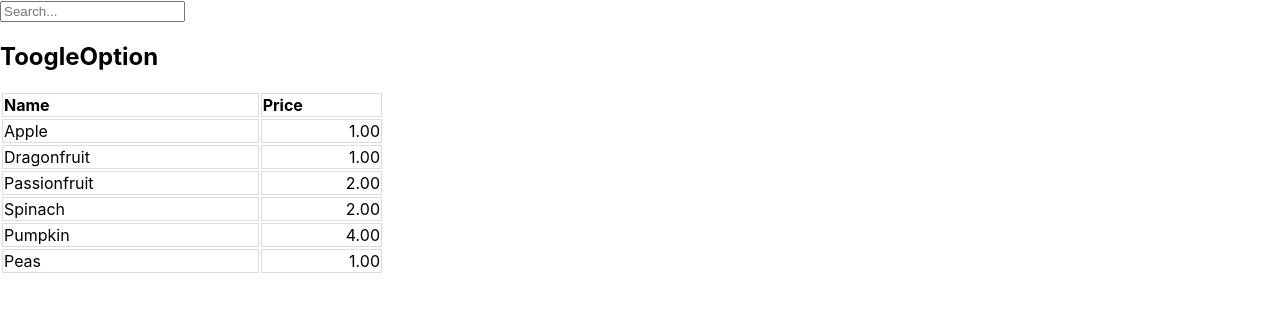
Repository: mariocapitbrok/reactjs-learn
Page: / (app in 05_filtered-data-table/)
The author's editor kept a copy of each file at every save. The page is drawn from the files as they stood at one save, then again after the next save.
The browser window is 1280 px wide. The pictures show the whole page.
The project was rebuilt for these pictures with package versions that can differ from the ones it lists, and the page was loaded fresh each time.

Above is the page before, as saved 2023-02-26 00:19:16.

### 05_filtered-data-table/src/App.js
import SearchInput from './components/SearchInput'
import ToogleOption from './components/ToogleOption'
import Table from './components/Table'
import './App.css'

function App() {
  return (
    <div className="App">
      <SearchInput />
      <ToogleOption />
      <Table data={data} />
    </div>
  )
}

export default App

const PRODUCTS = [
  { category: 'Fruits', price: '$1', stocked: true, name: 'Apple' },
  { category: 'Fruits', price: '$1', stocked: true, name: 'Dragonfruit' },
  { category: 'Fruits', price: '$2', stocked: false, name: 'Passionfruit' },
  { category: 'Vegetables', price: '$2', stocked: true, name: 'Spinach' },
  { category: 'Vegetables', price: '$4', stocked: false, name: 'Pumpkin' },
  { category: 'Vegetables', price: '$1', stocked: true, name: 'Peas' },
]

const data = PRODUCTS.map(p => ({
  name: p.name,
  price: parseFloat(p.price.slice(1)).toFixed(2),
}))

### 05_filtered-data-table/src/components/SearchInput.jsx
function SearchInput() {
  return (
    <div>
      <input type="text" placeholder="Search..." />
    </div>
  )
}

export default SearchInput

### 05_filtered-data-table/src/components/ToogleOption.jsx
function ToogleOption() {
  return (
    <div>
      <h2>ToogleOption</h2>
    </div>
  )
}

export default ToogleOption

### 05_filtered-data-table/src/components/Table.jsx
import '../App.css'

function Table({ data }) {
  const tableHeaders = createTableHeaders(data)

  const tableRows = createTableRows(data)

  return (
    <table id={getTableId(data)}>
      <thead>{tableHeaders}</thead>
      <tbody>{tableRows}</tbody>
    </table>
  )
}

export default Table

function getTableId(arr) {
  const firstObj = arr[0]
  let result = ''
  let maxLength = 16

  for (const key in firstObj) {
    const firstThreeChars = key.slice(0, 3)
    result += firstThreeChars
    if (result.length >= maxLength) {
      break
    }
  }

  return result
}

function createTableHeaders(data) {
  const keys = Object.keys(data[0])
  const headerCells = keys.map(key => (
    <th key={key} className={key}>
      {key}
    </th>
  ))

  return <tr>{headerCells}</tr>
}

function createTableRows(data) {
  return data.map(row => {
    const cells = Object.entries(row).map(([key, value]) => (
      <td key={row.id ? `${row.id}-${key}` : createUniqueId()} className={key}>
        {value}
      </td>
    ))
    return <tr key={row.id || createUniqueId()}>{cells}</tr>
  })
}

function createUniqueId() {
  const randomStr = Math.random().toString(36).slice(2, 11)
  return `${randomStr}`
}

### 05_filtered-data-table/src/App.css

/* Table*/
#nampri {
  width: 30%;
  min-width: 200px;
}

#nampri th {
  text-align: left;
}

#nampri th, #nampri td {
  border: 1px solid #ddd;
}

td.price {
  text-align: right;
}

th {
  text-transform: capitalize;
}

Loaded but not shown: 05_filtered-data-table/public/index.html (common file); 05_filtered-data-table/src/index.js (common file); 05_filtered-data-table/src/index.css (common file); 05_filtered-data-table/src/reportWebVitals.js (common file)

After the next save:
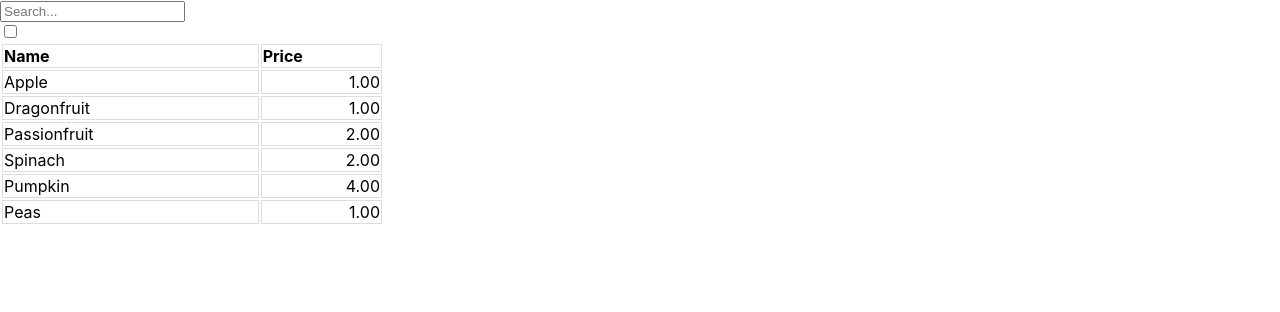
Saved 2 min 42 s later.
--- a/05_filtered-data-table/src/components/ToogleOption.jsx
+++ b/05_filtered-data-table/src/components/ToogleOption.jsx
@@ -1,7 +1,9 @@
 function ToogleOption() {
   return (
     <div>
-      <h2>ToogleOption</h2>
+      <label>
+        <input type="checkbox" />
+      </label>
     </div>
   )
 }
